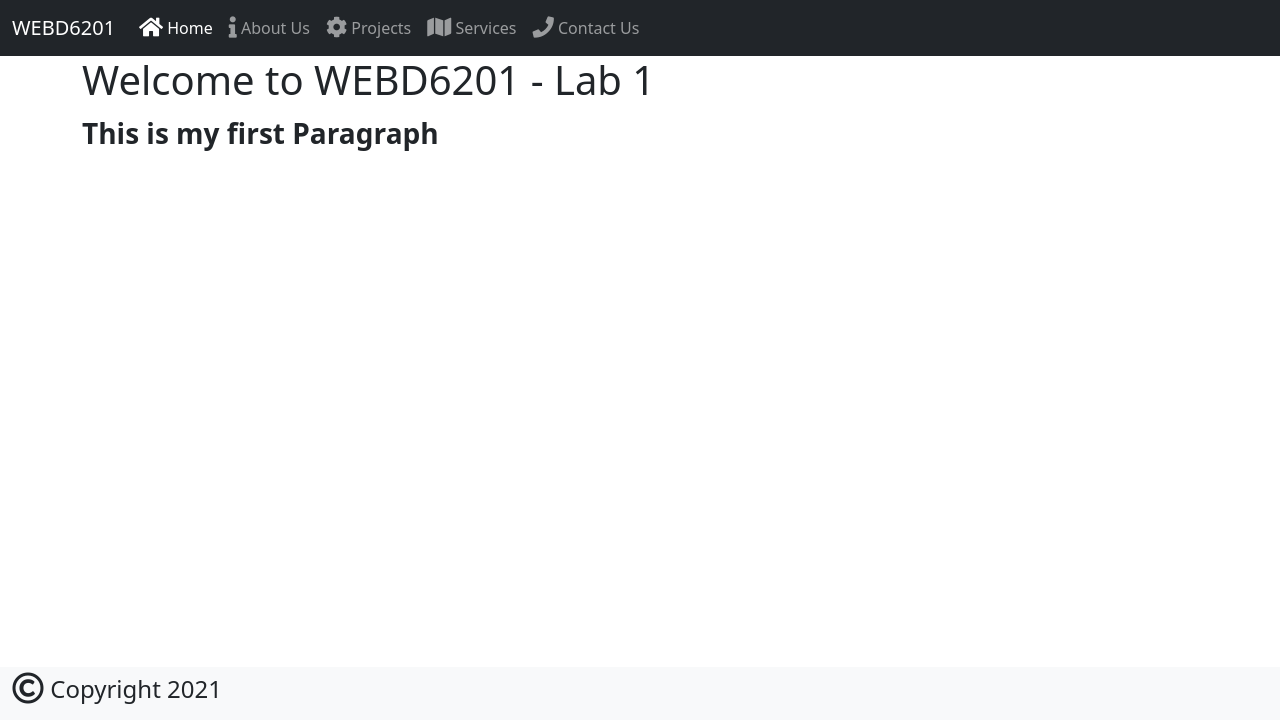
Repository: ErikHayward/WEBD6201-W2021-ICE1b
Page: contact.html
These files come from the project's save history. The page is drawn as it stood at one moment and after the next save; the edit follows.
The browser window is 1280 px wide. The pictures show the whole page.

Above is the page before, as saved 2021-01-22 20:27:27.

After the next save:
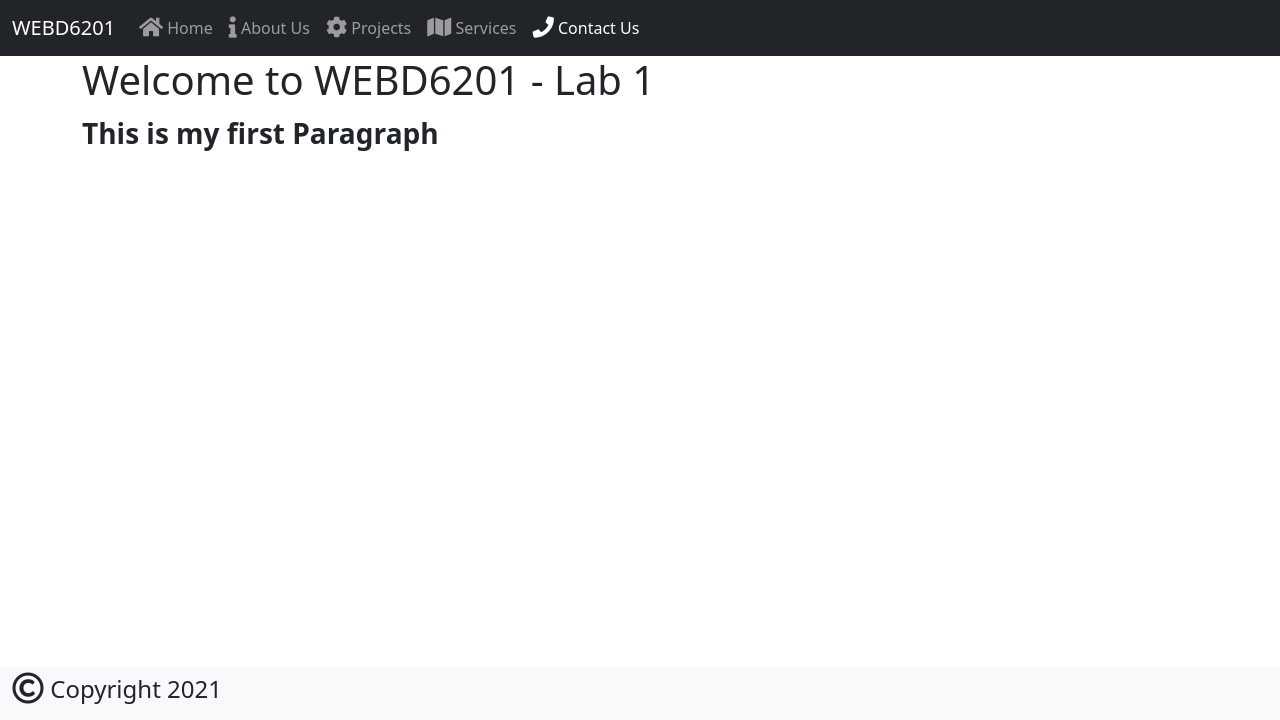
Saved 38 s later.
--- a/contact.html
+++ b/contact.html
@@ -3,7 +3,7 @@
 <head>
     <meta charset="UTF-8">
     <meta name="viewport" content="width=device-width, initial-scale=1.0">
-    <title>Home</title>
+    <title>Contact</title>
     <!-- CSS Section -->
     <link rel="stylesheet" href="./node_modules/bootstrap/dist/css/bootstrap.min.css">
     <link rel="stylesheet" href="./node_modules/@fortawesome/fontawesome-free/css/all.min.css">
@@ -23,7 +23,7 @@
                 <ul class="navbar-nav me-auto mb-2 mb-lg-0">
 
                   <li class="nav-item">
-                    <a class="nav-link active" aria-current="page" href="index.html"><i class="fas fa-home fa-lg"></i> Home</a>
+                    <a class="nav-link" aria-current="page" href="index.html"><i class="fas fa-home fa-lg"></i> Home</a>
                   </li>
 
                   <li class="nav-item">
@@ -39,7 +39,7 @@
                   </li>
 
                   <li class="nav-item">
-                    <a class="nav-link" aria-current="page" href="contact.html"><i class="fas fa-phone fa-lg"></i> Contact Us</a>
+                    <a class="nav-link active" aria-current="page" href="contact.html"><i class="fas fa-phone fa-lg"></i> Contact Us</a>
                   </li>
 
                 </ul>
